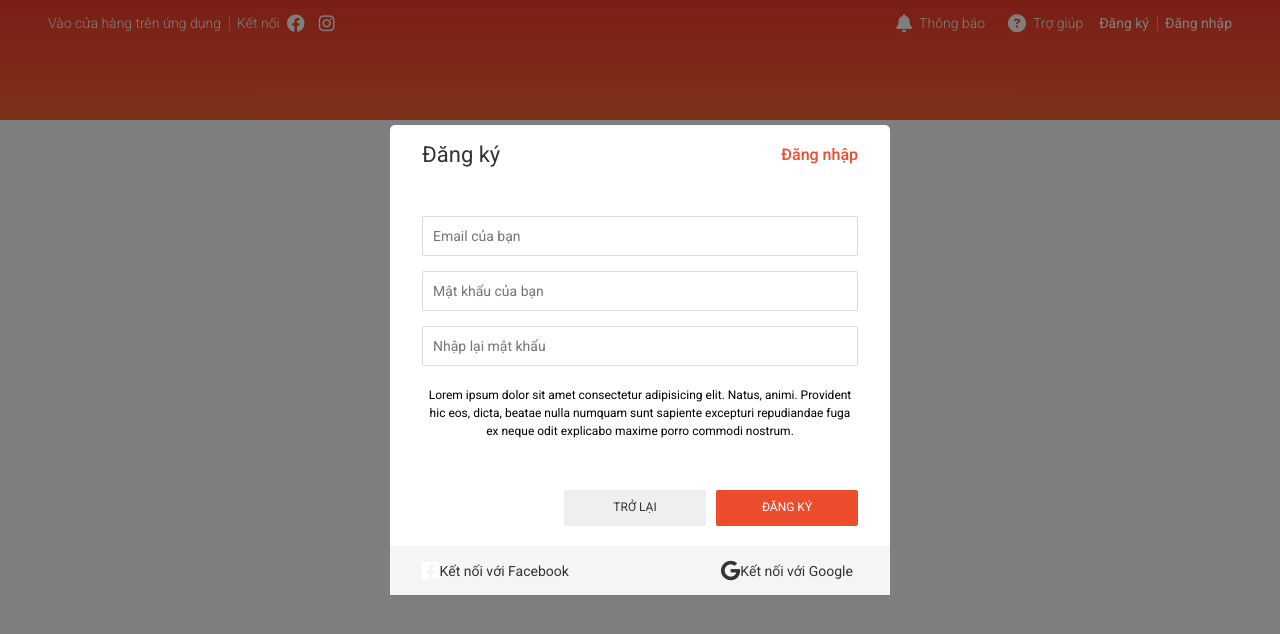
Repository: dptuyen1/F8-Tutorial
Page: index.html
An editor plug-in stored every save of this project. The page is shown before and after the next save, followed by the edit.
The browser window is 1280 px wide. The pictures show the whole page.

Above is the page before, as saved 2023-05-08 18:16:02.

After the next save:
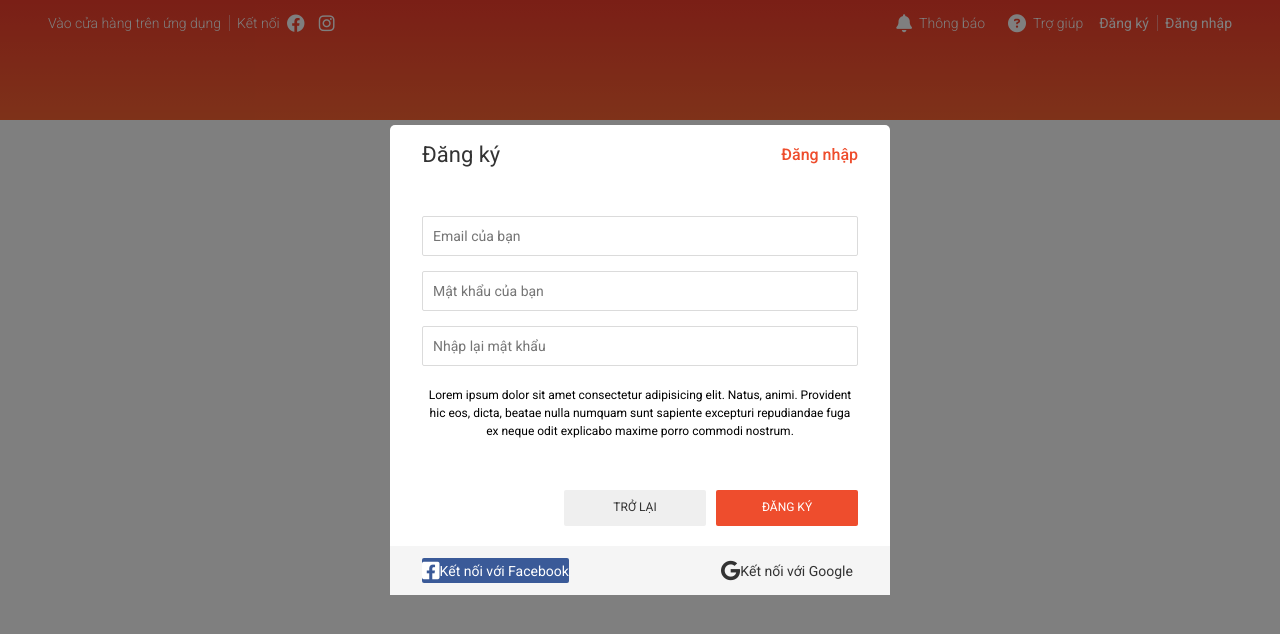
Saved 24 s later.
--- a/assets/css/main.css
+++ b/assets/css/main.css
@@ -326,7 +326,7 @@
   font-size: 2rem;
 }
 
-.auth-form__socials-icon--facebook {
+.auth-form__socials--facebook {
   color: var(--white-color);
   background-color: #3a5a98;
 }
